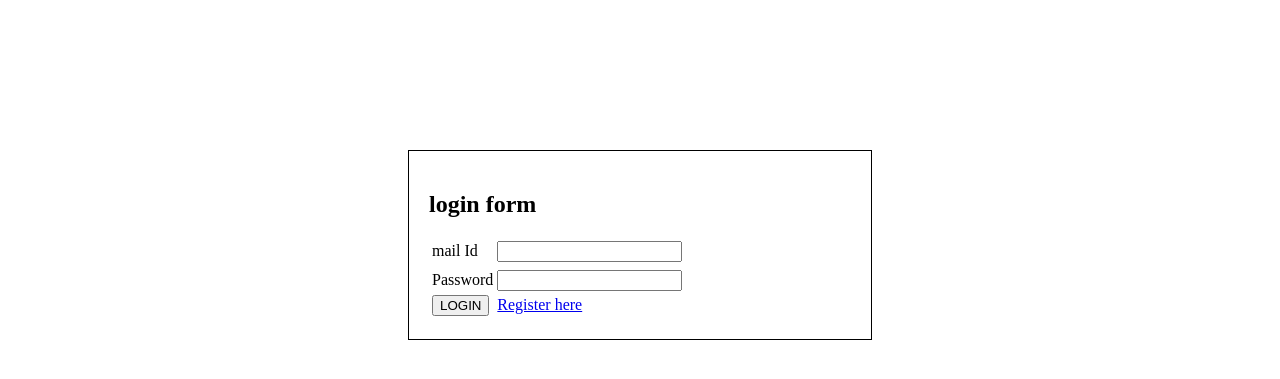
Repository: zeeshan495/Banking_project
Page: http://localhost/Banking/loginUrl
These files come from the project's save history. The page is drawn as it stood at one moment and after the next save; the edit follows.
The browser window is 1280 px wide. The pictures show the whole page.
The page is served by Tomcat 9. Other server files are loaded and not shown.

Above is the page before, as saved 2018-11-09 05:49:38.

### Banking/WebContent/LoginForm.jsp
<%@ page language="java" contentType="text/html; charset=ISO-8859-1"
    pageEncoding="ISO-8859-1"%>
<!DOCTYPE html PUBLIC "-//W3C//DTD HTML 4.01 Transitional//EN" "http://www.w3.org/TR/html4/loose.dtd">
<html>
<head>
<meta http-equiv="Content-Type" content="text/html; charset=ISO-8859-1">
<title>Login Form</title>
<link rel="stylesheet" href="login.css"/>
</head>
<body>
<div class="login">
<h2>login form</h2>
<table>
				<tr>
					<td>mail Id</td>
					<td><input type="text" onchange="validEmail()" name="mailId"
						id="mailId"></td>
				</tr>
				<tr>
					<td colspan="2"><span id="email" onchange="validEmail()"></span></td>
				</tr>
				<tr>
					<td>Password</td>
					<td><input type="password" name="pwd" id="pwd"></td>
				</tr>
				<tr id="submit">
					<td><input type="submit" value="LOGIN"></td>
					<td><a href="RegisterForm.jsp">Register here</a></td>
				</tr>
			</table>
			</div>
</body>
</html>

### Banking/src/controllers/LoginServlet.java
package com.banking.controllers;

import java.io.IOException;
import javax.servlet.ServletException;
import javax.servlet.annotation.WebServlet;
import javax.servlet.http.HttpServlet;
import javax.servlet.http.HttpServletRequest;
import javax.servlet.http.HttpServletResponse;

/**
 * Servlet implementation class LoginServlet
 */
@WebServlet("/LoginServlet")
public class LoginServlet extends HttpServlet {
	private static final long serialVersionUID = 1L;

    /**
     * @see HttpServlet#HttpServlet()
     */
    public LoginServlet() {
        super();
        // TODO Auto-generated constructor stub
    }

	/**
	 * @see HttpServlet#doGet(HttpServletRequest request, HttpServletResponse response)
	 */
	protected void doGet(HttpServletRequest request, HttpServletResponse response) throws ServletException, IOException {
		doPost(request, response);
	}

	/**
	 * @see HttpServlet#doPost(HttpServletRequest request, HttpServletResponse response)
	 */
	protected void doPost(HttpServletRequest request, HttpServletResponse response) throws ServletException, IOException {
		response.setContentType("text/html");
		request.getRequestDispatcher("LoginForm.jsp").forward(request, response);
	}

}

### Banking/WebContent/login.css
.login{
	margin-top:150px;
	margin-left:400px;
	margin-right:400px;
	border:1px solid black;
    padding:20px;
}

After the next save:
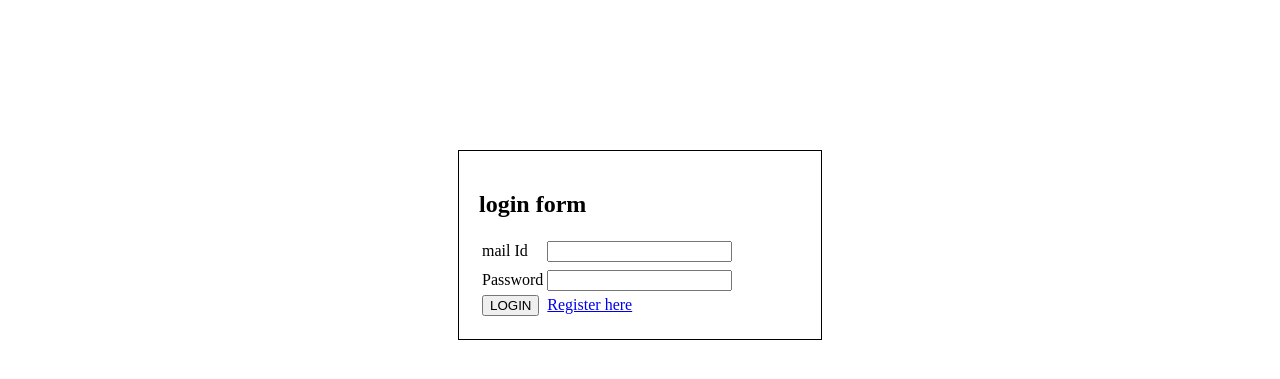
Saved 35 s later.
--- a/Banking/WebContent/login.css
+++ b/Banking/WebContent/login.css
@@ -1,7 +1,7 @@
 .login{
 	margin-top:150px;
-	margin-left:400px;
-	margin-right:400px;
+	margin-left:450px;
+	margin-right:450px;
 	border:1px solid black;
     padding:20px;
 }
